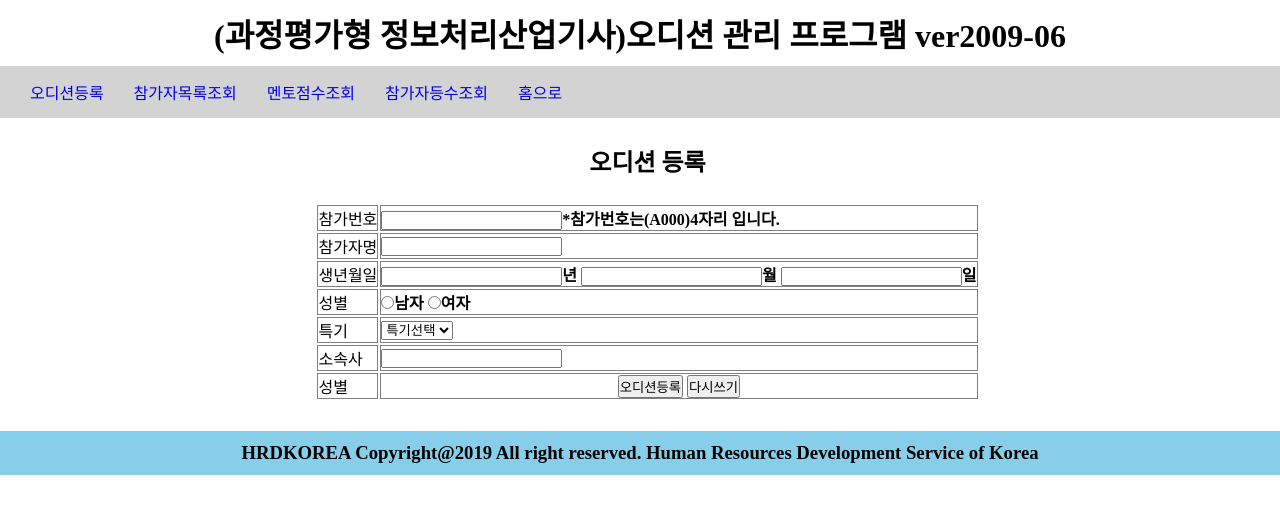
Repository: chyun94/JSP-
Page: http://localhost/Kingdom/insert.jsp
The author's editor kept a copy of each file at every save. The page is drawn from the files as they stood at one save, then again after the next save.
The browser window is 1280 px wide. The pictures show the whole page.
The page is served by Tomcat 9. Other server files are loaded and not shown.

Above is the page before, as saved 2021-05-11 12:29:27.

### Kingdom/WebContent/insert.jsp
<%@ page language="java" contentType="text/html; charset=UTF-8"
    pageEncoding="UTF-8"%>
<!DOCTYPE html>
<html>
<head>
<meta charset="UTF-8">
<title>Insert title here</title>
<style>
*{margin: 0%;padding: 0%}

.header ul,li,a{
list-style: none;
text-decoration: none;
float: left;
padding-left: 15px;
padding-bottom: 0 20px;
text-align: center;
}
.nav{
padding: 14px 0px; overflow: hidden;
background-color: lightgray;
}
.subject table{
width: 600px;
margin: 0 auto;
}
.subject table,th,td{
border: 1px solid gray;
text-align: left;
}

.footer{
text-align: center; background: skyblue; padding: 11px;
}
</style>
<script>
	function send() {
		if(frm.artist_number.value==""){
			alert("참가번호를 작성해 주세요");
			frm.artist_number.focus();
			return;
		}
		if(frm.artist_name.value==""){
			alert("참가자 이름을 작성해 주세요");
			frm.artist_name.focus();
			return;
		}
		if(frm.yy.value==""){
			alert("생년을 작성해 주세요");
			frm.yy.focus();
			return;
		}
		if(frm.mm.value==""){
			alert("월을 작성해 주세요");
			frm.mm.focus();
			return;
		}
		if(frm.dd.value==""){
			alert("날짜를 작성해 주세요");
			frm.dd.focus();
			return;
		}
		if(!frm.gender[0].checked && !frm.gender[1].checked){
			alert("성별을 선택해 주세요");
			return;
		}
		//선택 박스 메소드
		if(frm.hobby.selectedIndex==0){
			alert("특기를 선택해 주세요");
			frm.hobby.focus();
			return;
		}
		if(frm.join.value==""){
			alert("소속사를 작성해 주세요");
			frm.join.focus();
			return;
		}
		alert("오디션참가에 등록 합니다.");
		frm.submit();
	}
	function re() {
		alert("정보를 지우고 처음부터 다시 작성 합니다.");
		frm.reset();
		frm.artist_number.focus();
	}
</script>
</head>
<body>
<div>
	<header>
		<h1 style="text-align: center; padding: 10px">(과정평가형 정보처리산업기사)오디션 관리 프로그램 ver2009-06</h1>
		<nav class="nav">
		<ul>
			<li><a href="insert.jsp">오디션등록</a></li>
			<li><a href="list.jsp">참가자목록조회</a></li>
			<li><a href="mentolist.jsp">멘토점수조회</a></li>
			<li><a href="ranking.jsp">참가자등수조회</a></li>
			<li><a href="index.jsp">홈으로</a></li>
		</ul>
		</nav>
	</header>
</div>

<div style="padding-left: 15px; text-align: center;">
	<section>
		<h2 style="text-align: center; padding: 25px;">오디션 등록</h2>

		<form action="insert_pro.jsp" method="post" name="frm">

		<div align="center">
		<table class="subject" style="text-align: center;">
			<tr>
				<td>참가번호</td>
				<th>
					<input type="text"maxlength="4" name="artist_number">*참가번호는(A000)4자리 입니다.
				</th>
			</tr>
			<tr>
				<td>참가자명</td>
				<th>
					<input type="text" name="artist_name">
				</th>
			</tr>
			<tr>
				<td>생년월일</td>
				<th>
					<input type="text" name="yy">년
					<input type="text" name="mm">월
					<input type="text" name="dd">일
				</th>
			</tr>
			<tr>
				<td>성별</td>
				<th>
					<input type="radio" name="gender" value="M">남자
					<input type="radio" name="gender" value="F">여자
				</th>
			</tr>
			<tr>
				<td>특기</td>
				<th>
					<select name=hobby>
						<option>특기선택</option>
						<option value="1">댄스</option>
						<option value="2">노래</option>
						<option value="3">랩</option>
					</select>
				</th>
			</tr>
			<tr>
				<td>소속사</td>
				<th>
					<input type="text" name="join">
				</th>
			</tr>
			<tr>
				<td>성별</td>
				<th  style="text-align: center;">
					<input type="button" onclick="send()" value="오디션등록" >
					<input type="button" onclick="re()" value="다시쓰기">
				</th>
			</tr>
		</table>
		</div>
		</form>
	</section>
</div>

<div style="padding-top: 30px;">
	<footer>
		<div class="footer">
			<h3 style="text-align: center;" >
			HRDKOREA Copyright@2019 All right reserved. Human Resources Development Service of Korea
			</h3>
		</div>
	</footer>
</div>
</body>
</html>

After the next save:
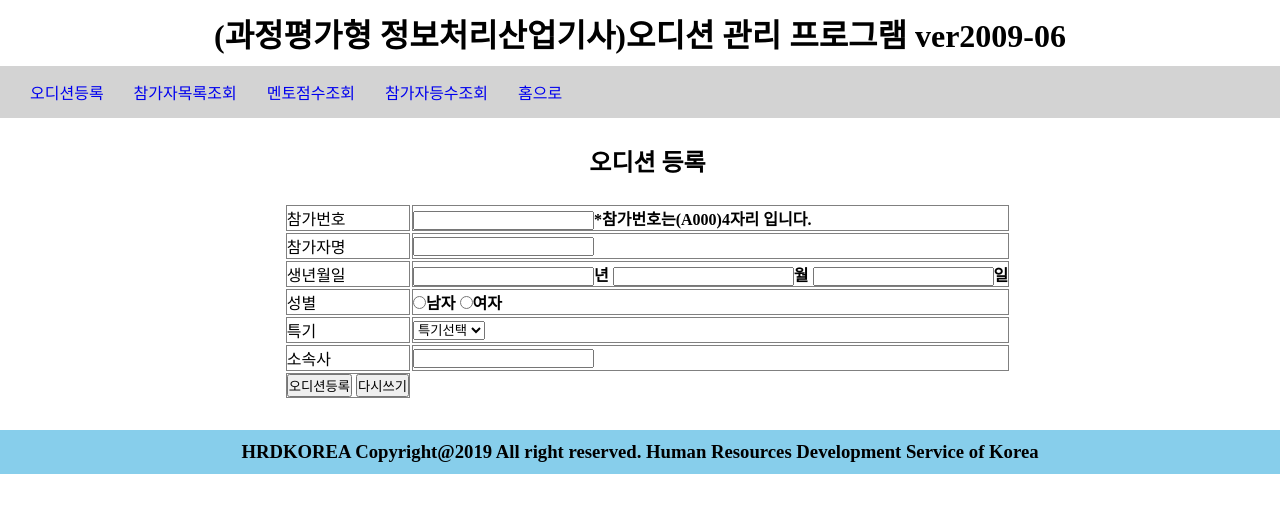
Saved 77 s later.
--- a/Kingdom/WebContent/insert.jsp
+++ b/Kingdom/WebContent/insert.jsp
@@ -154,7 +154,6 @@ text-align: center; background: skyblue; padding: 11px;
 				</th>
 			</tr>
 			<tr>
-				<td>성별</td>
 				<th  style="text-align: center;">
 					<input type="button" onclick="send()" value="오디션등록" >
 					<input type="button" onclick="re()" value="다시쓰기">
